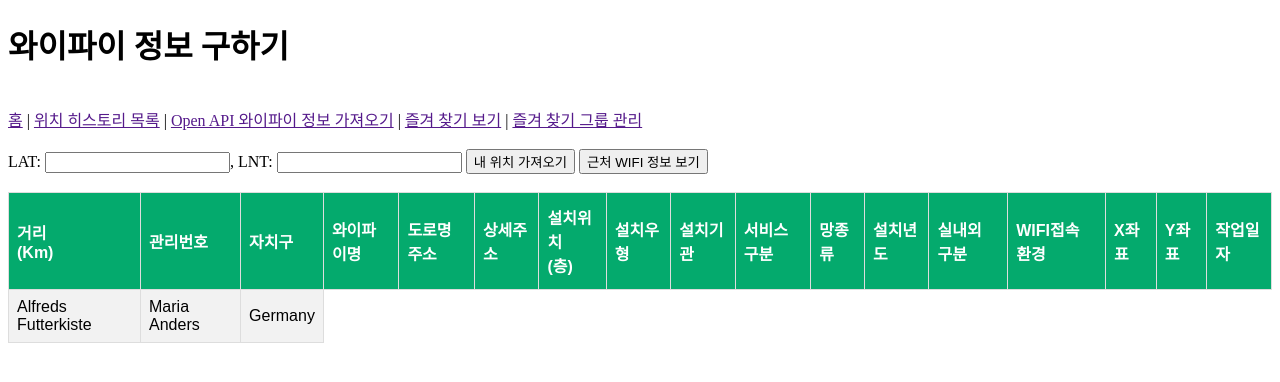
Repository: WooHyun94/Mission1_WIFI
Page: http://localhost/Mission1-WIFI/
These files come from the project's save history. The page is drawn as it stood at one moment and after the next save; the edit follows.
The browser window is 1280 px wide. The pictures show the whole page.
The page is served by Tomcat 9.

Above is the page before, as saved 2023-09-26 16:11:15.

### Mission1-WIFI/src/main/webapp/index.jsp
<%@ page language="java" contentType="text/html; charset=UTF-8"
    pageEncoding="UTF-8"%>
<!DOCTYPE html>
<html>
<head>
<meta charset="UTF-8">
<title>Insert title here</title>
<style>
#customers {
  font-family: Arial, Helvetica, sans-serif;
  border-collapse: collapse;
  width: 100%;
}

#customers td, #customers th {
  border: 1px solid #ddd;
  padding: 8px;
}

#customers tr:nth-child(even){background-color: #f2f2f2;}

#customers tr:hover {background-color: #ddd;}

#customers th {
  padding-top: 12px;
  padding-bottom: 12px;
  text-align: left;
  background-color: #04AA6D;
  color: white;
}
</style>
</head>
<body>
	<h1>와이파이 정보 구하기</h1>
	<br>
	<a href=''>홈</a>
	|
	<a href=''>위치 히스토리 목록</a>
	|
	<a href=''>Open API 와이파이 정보 가져오기</a>
	|
	<a href=''>즐겨 찾기 보기</a>
	|
	<a href=''>즐겨 찾기 그룹 관리</a>
	<br><br>
	LAT: <input type="text" id="lat">,
	LNT: <input type="text" id="lnt">
	<button>내 위치 가져오기</button>
	<button>근처 WIFI 정보 보기</button>
	<br><br>
	<table id="customers">
	  <tr>
	    <th>거리<br>(Km)</th>
	    <th>관리번호</th>
	    <th>자치구</th>
	    <th>와이파이명</th>
	    <th>도로명주소</th>
	    <th>상세주소</th>
	    <th>설치위치<br>(층)</th>
	    <th>설치우형</th>
	    <th>설치기관</th>
	    <th>서비스구분</th>
	    <th>망종류</th>
	    <th>설치년도</th>
	    <th>실내외 구분</th>
	    <th>WIFI접속 환경</th>
	    <th>X좌표</th>
	    <th>Y좌표</th>
	    <th>작업일자</th>
	  </tr>
	  <tr>
	    <td>Alfreds Futterkiste</td>
	    <td>Maria Anders</td>
	    <td>Germany</td>
	  </tr>
	</table>
</body>
</html>

After the next save:
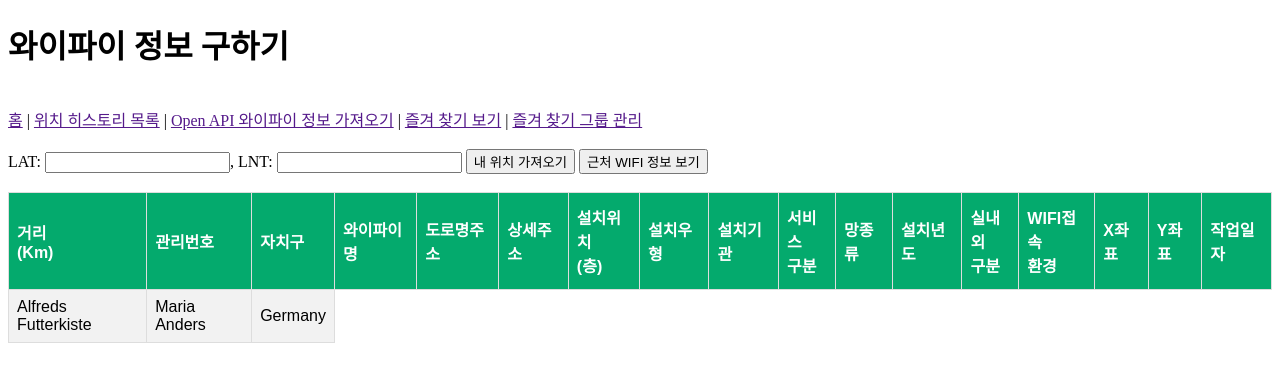
Saved 35 s later.
--- a/Mission1-WIFI/src/main/webapp/index.jsp
+++ b/Mission1-WIFI/src/main/webapp/index.jsp
@@ -59,11 +59,11 @@
 	    <th>설치위치<br>(층)</th>
 	    <th>설치우형</th>
 	    <th>설치기관</th>
-	    <th>서비스구분</th>
+	    <th>서비스<br>구분</th>
 	    <th>망종류</th>
 	    <th>설치년도</th>
-	    <th>실내외 구분</th>
-	    <th>WIFI접속 환경</th>
+	    <th>실내외<br>구분</th>
+	    <th>WIFI접속<br>환경</th>
 	    <th>X좌표</th>
 	    <th>Y좌표</th>
 	    <th>작업일자</th>
